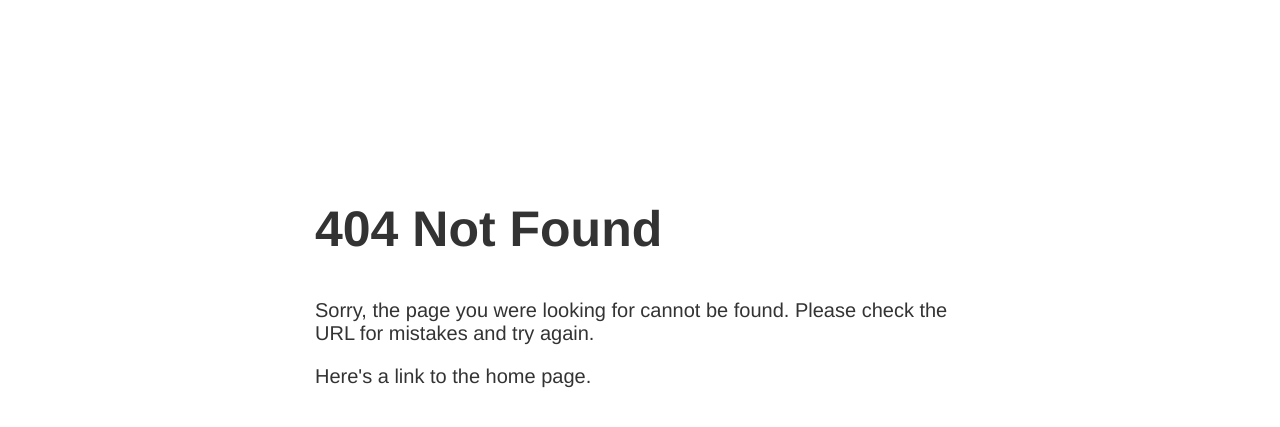
Repository: The-Trifecta/Trifecta-Converter
Page: 404.html
These files come from the project's save history. The page is drawn as it stood at one moment and after the next save; the edit follows.
The browser window is 1280 px wide. The pictures show the whole page.
The pointer rests on the first visible `a`.

Above is the page before, as saved 2024-03-26 22:17:58.

After the next save:
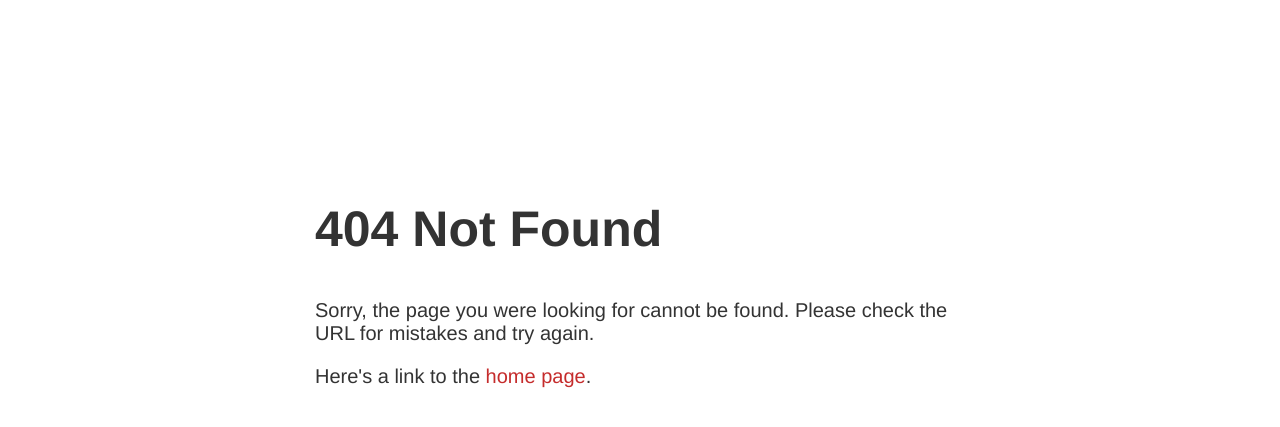
Saved 81 s later.
--- a/404.html
+++ b/404.html
@@ -10,7 +10,7 @@
         body { font: 20px Helvetica, sans-serif; color: #333; }
         article { display: block; text-align: left; width: 650px; margin: 0 auto; }
         a { color: #dc8100; text-decoration: none; }
-        a:hover { color: #333; text-decoration: none; }
+        a:hover { color: #c52c2c; text-decoration: none; }
     </style>
 </head>
 <body>

After the save that followed:
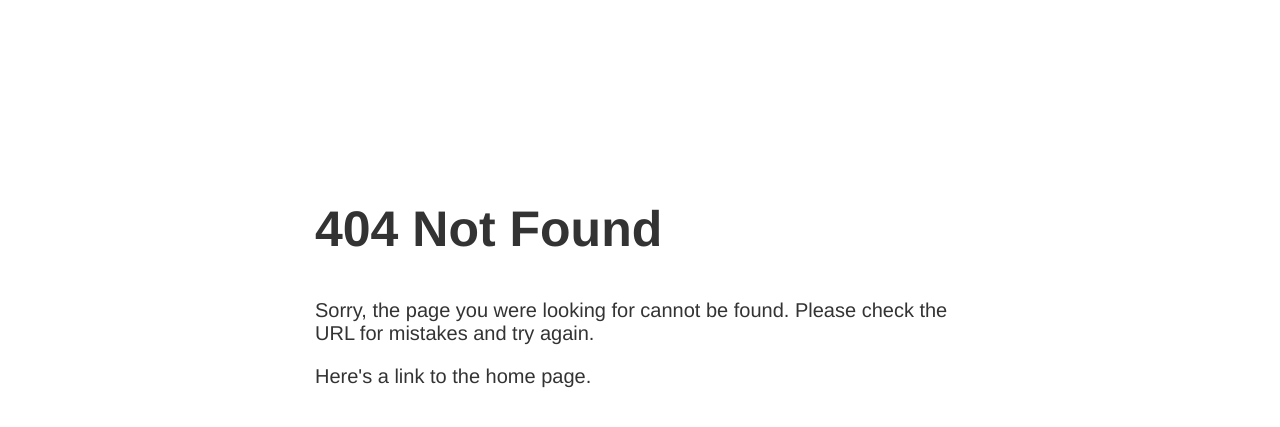
Saved 6 s later.
--- a/404.html
+++ b/404.html
@@ -10,7 +10,7 @@
         body { font: 20px Helvetica, sans-serif; color: #333; }
         article { display: block; text-align: left; width: 650px; margin: 0 auto; }
         a { color: #dc8100; text-decoration: none; }
-        a:hover { color: #c52c2c; text-decoration: none; }
+        a:hover { color: #333; text-decoration: none; }
     </style>
 </head>
 <body>
